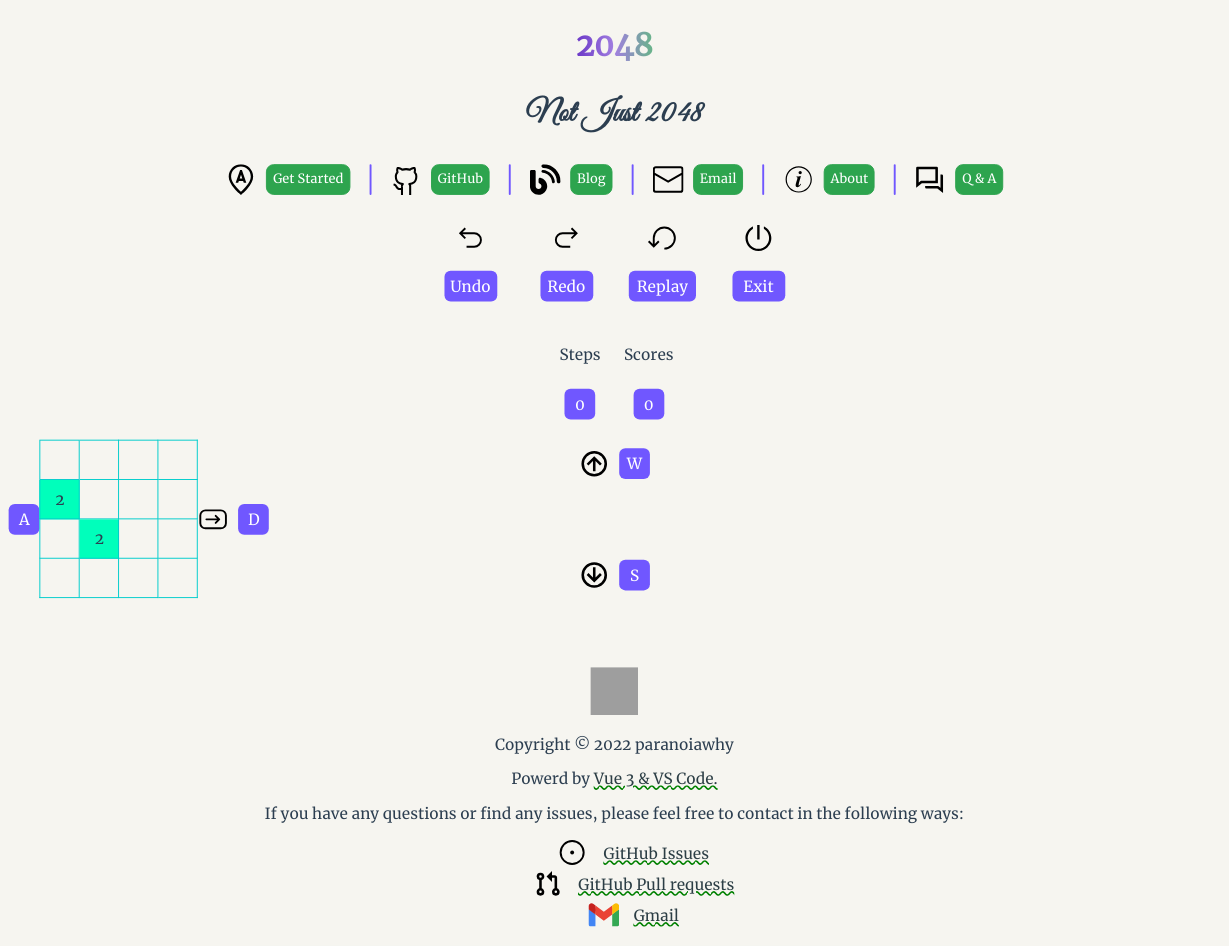
Repository: 321paranoiawhy/2048
Page: /
The author's editor kept a copy of each file at every save. The page is drawn from the files as they stood at one save, then again after the next save.
The browser window is 1280 px wide. The pictures show the whole page, at 96% of full size.
Pictures or frames that could not be fetched are drawn as grey boxes. The project was rebuilt for these pictures with package versions that can differ from the ones it lists, and the page was loaded fresh each time. Also part of the build but not shown: vue.config.js.

Above is the page before, as saved 2022-04-29 20:51:26.

### src/App.vue
<template>
    <router-view />
</template>

<style lang="scss">
// 字体
@font-face {
    font-family: Merriweather-Regular;
    src: url(/src/assets/fonts/Merriweather-Regular.ttf);
}
#app {
    font-family: Merriweather-Regular;
    -webkit-font-smoothing: antialiased;
    -moz-osx-font-smoothing: grayscale;
    text-align: center;
    color: #2c3e50;
}
// 网页背景色 https://manuelmoreale.com/
html {
    background-color: #f6f5f0;
    scroll-behavior: smooth;
}
nav {
    padding: 30px;

    a {
        font-weight: bold;
        color: #2c3e50;

        &.router-link-exact-active {
            color: #42b983;
        }
    }
}
</style>

### src/components/footer.vue
<template>
    <!-- https://www.rapidtables.com/web/html/html-codes/html-code-copyright.html -->
    <!-- &copy; -->
    <!-- &#9400; -->
    <footer>
        <img
            src="../assets/images/IcRoundKeyboardDoubleArrowDown.svg"
            alt="DoubleArrowDown"
            class="double-arrow-down"
        />
        <p>Copyright &copy; 2022 paranoiawhy</p>
        <p>Powerd by <a>Vue 3 & VS Code.</a></p>
        <p>
            If you have any questions or find any issues, please feel free to
            contact in the following ways:
        </p>
        <ul>
            <li>
                <img src="../assets/images/CodiconIssues.svg" alt="" />
                <a
                    href="https://github.com/321paranoiawhy/2048-Vue/issues"
                    target="_blank"
                    >GitHub Issues
                </a>
            </li>
            <li>
                <img src="../assets/images/MdiSourcePull.svg" alt="" />
                <a
                    href="https://github.com/321paranoiawhy/2048-Vue/pulls"
                    target="_blank"
                    >GitHub Pull requests
                </a>
            </li>
            <li>
                <img src="../assets/images/LogosGoogleGmail.svg" alt="" />
                <a href="mailto:paranoiawhy@gmail.com">Gmail</a>
            </li>
        </ul>
    </footer>
</template>

<script>
export default {
    name: "Footer",
};
</script>

<style lang="scss">
// 定义图标尺寸
$width-height: 32px;
// 文字波浪下划线 https://developer.mozilla.org/zh-CN/docs/Web/CSS/text-decoration
footer a {
    text-decoration: green wavy underline;
    color: #2c3e45;
}
footer {
    margin-top: 80px;
    & .double-arrow-down {
        width: 50px;
        height: 50px;
    }
    & ul {
        width: fit-content;
        margin-left: auto;
        margin-right: auto;
        & li {
            display: flex;
            justify-content: center;
            align-items: center;
            & img {
                width: $width-height;
                height: $width-height;
                margin-right: 15px;
            }
        }
    }
}
.container {
    position: relative;
    width: 24px;
    height: 24px;
}

.chevron {
    position: absolute;
    width: 28px;
    height: 8px;
    opacity: 0;
    transform: scale3d(0.5, 0.5, 0.5);
    animation: move 3s ease-out infinite;
}

.chevron:first-child {
    animation: move 3s ease-out 1s infinite;
}

.chevron:nth-child(2) {
    animation: move 3s ease-out 2s infinite;
}

.chevron:before,
.chevron:after {
    content: " ";
    position: absolute;
    top: 0;
    height: 100%;
    width: 51%;
    background: #fff;
}

.chevron:before {
    left: 0;
    transform: skew(0deg, 30deg);
}

.chevron:after {
    right: 0;
    width: 50%;
    transform: skew(0deg, -30deg);
}

@keyframes move {
    25% {
        opacity: 1;
    }
    33% {
        opacity: 1;
        transform: translateY(30px);
    }
    67% {
        opacity: 1;
        transform: translateY(40px);
    }
    100% {
        opacity: 0;
        transform: translateY(55px) scale3d(0.5, 0.5, 0.5);
    }
}
</style>

Loaded but not shown: public/index.html (common file); src/main.js (common file); src/store/index.js (common file); src/router/index.js (41 lines, source omitted); src/views/HomeView.vue (1187 lines, source omitted)

After the next save:
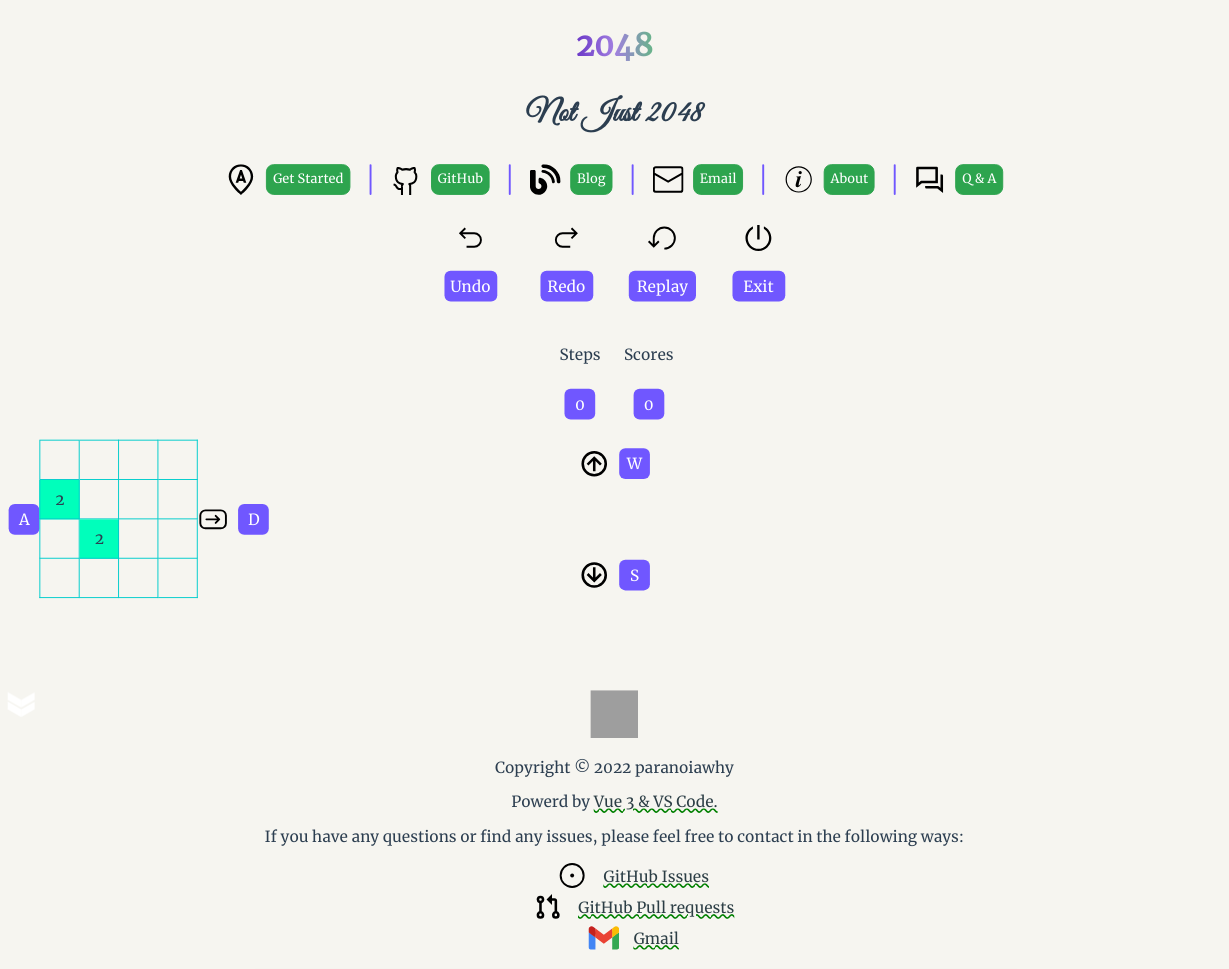
Saved 23 s later.
--- a/src/components/footer.vue
+++ b/src/components/footer.vue
@@ -3,6 +3,11 @@
     <!-- &copy; -->
     <!-- &#9400; -->
     <footer>
+        <div class="container">
+            <div class="chevron"></div>
+            <div class="chevron"></div>
+            <div class="chevron"></div>
+        </div>
         <img
             src="../assets/images/IcRoundKeyboardDoubleArrowDown.svg"
             alt="DoubleArrowDown"
